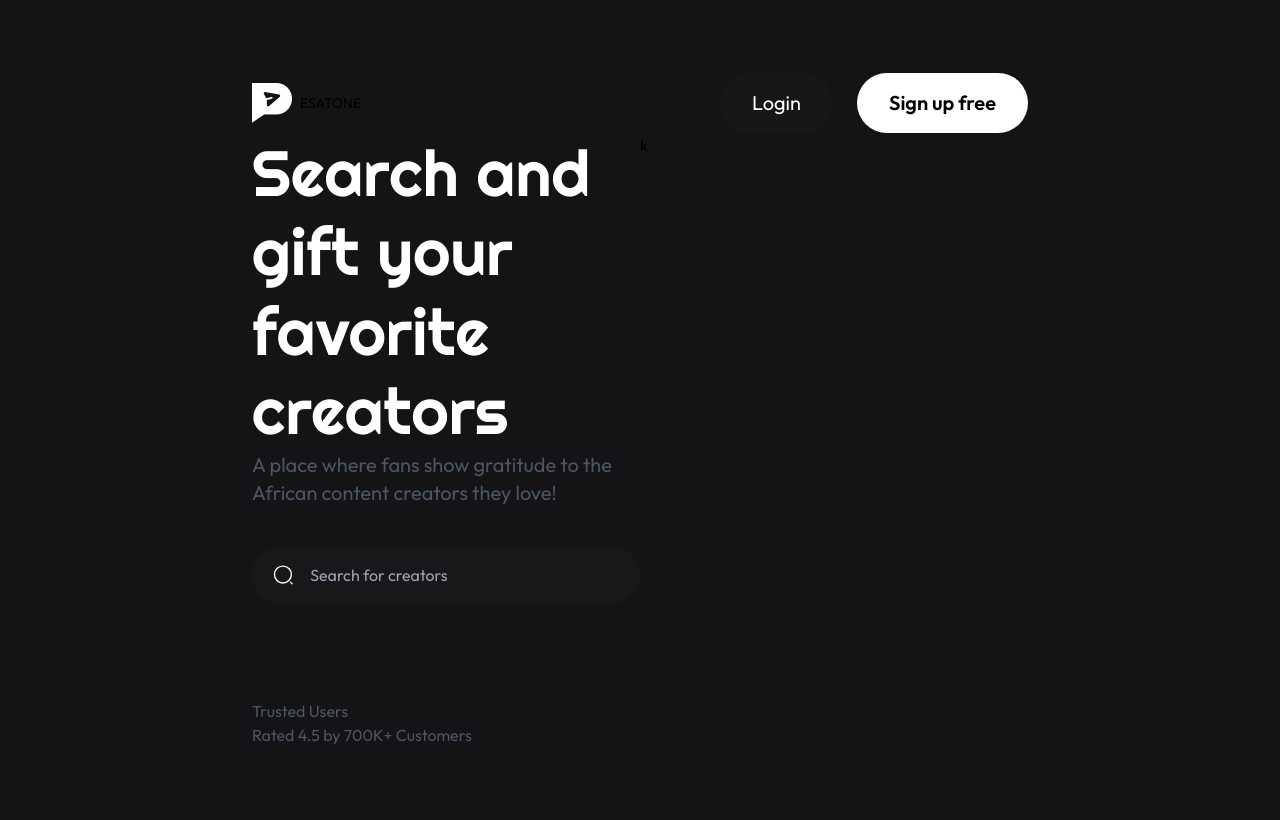
Repository: felixdusengimana/capstone-project-mirror
Page: / (app in frontend/)
The author's editor kept a copy of each file at every save. The page is drawn from the files as they stood at one save, then again after the next save.
The browser window is 1280 px wide. The pictures show the whole page.
The project was rebuilt for these pictures with package versions that can differ from the ones it lists, and the page was loaded fresh each time. The framework's server and built-in components were replaced by stand-ins that run in the browser. Also part of the build but not shown: frontend/next.config.mjs.

Above is the page before, as saved 2024-03-11 12:25:37.

After the next save:
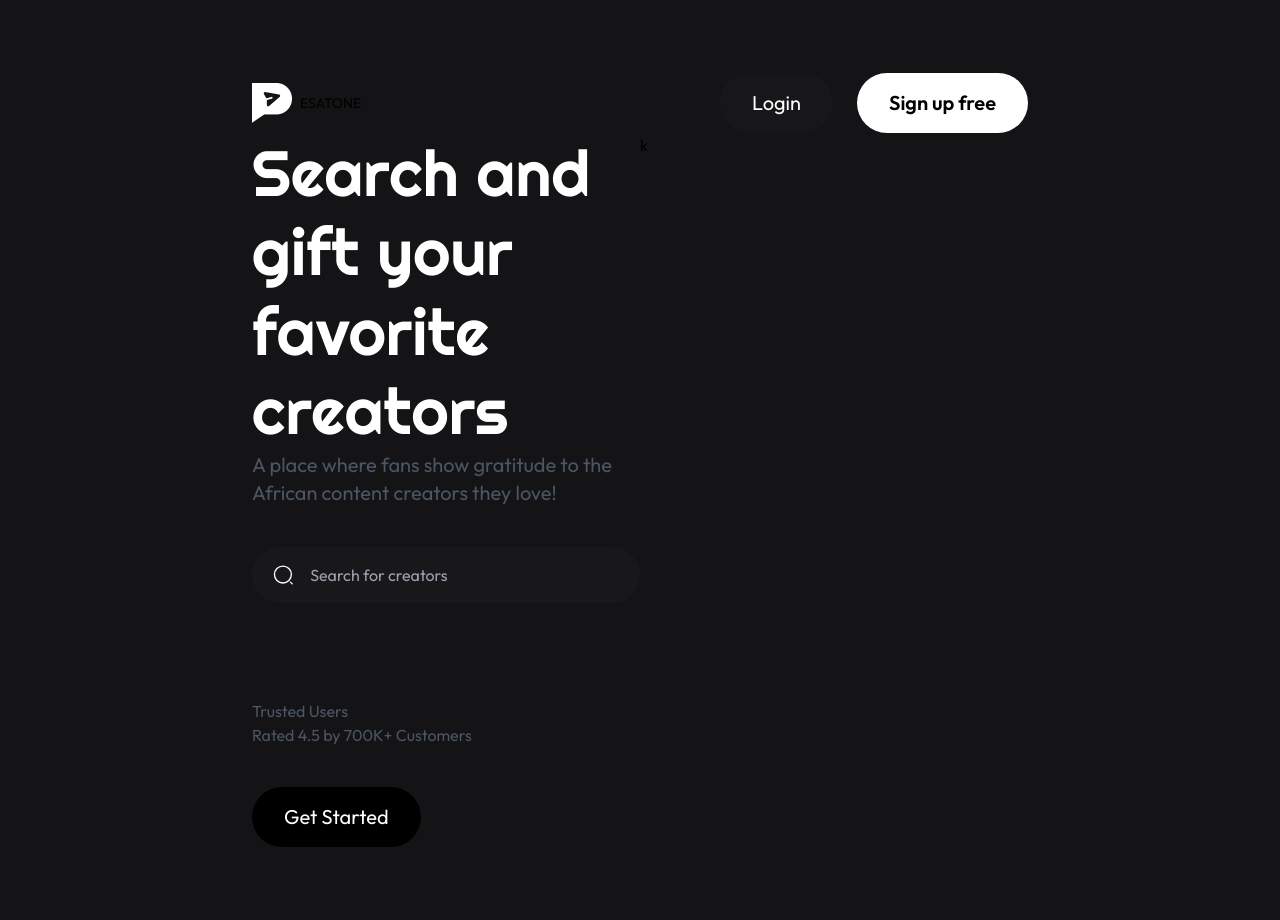
Saved 26 s later.
--- a/frontend/components/organisms/Intro.tsx
+++ b/frontend/components/organisms/Intro.tsx
@@ -2,6 +2,7 @@
 
 import Headline from "@/components/atoms/Headline";
 import Search from "@/components/molecules/Search";
+import Button from "../atoms/Button";
 
 export default function Intro() {
   return (
@@ -25,6 +26,9 @@ export default function Intro() {
           Trusted Users <br />
           Rated 4.5 by 700K+ Customers
         </p>
+        <div>
+          <Button className="mt-10">Get Started</Button>
+        </div>
       </div>
       <div>k</div>
     </div>
